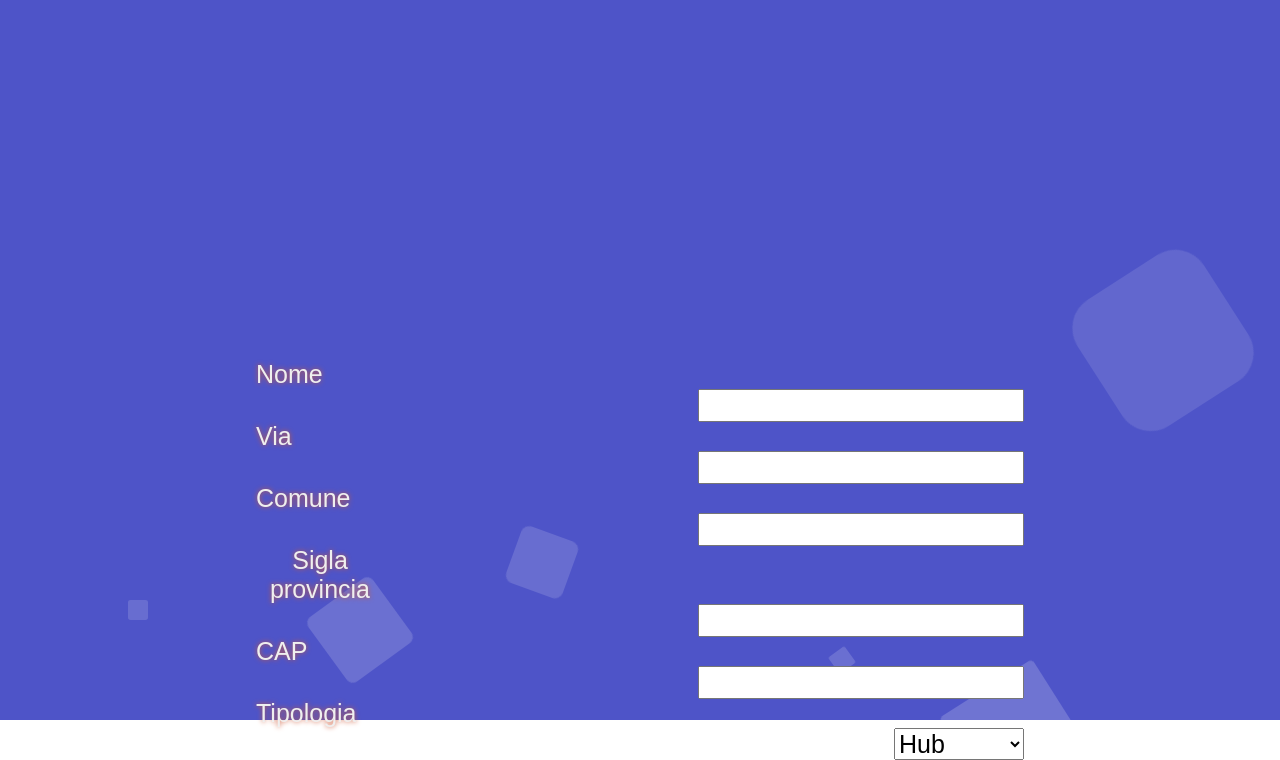
Repository: Jok98/CentriVaccinaliWebApp
Page: http://localhost/CentriVaccinaliOperatori/iscrizionecentrovax.jsp
These files come from the project's save history. The page is drawn as it stood at one moment and after the next save; the edit follows.
The browser window is 1280 px wide. The pictures show the whole page.
Some web fonts or font styles are not loaded; a fallback is used. The page is served by Tomcat 9.

Above is the page before, as saved 2022-09-24 16:02:51.

After the next save:
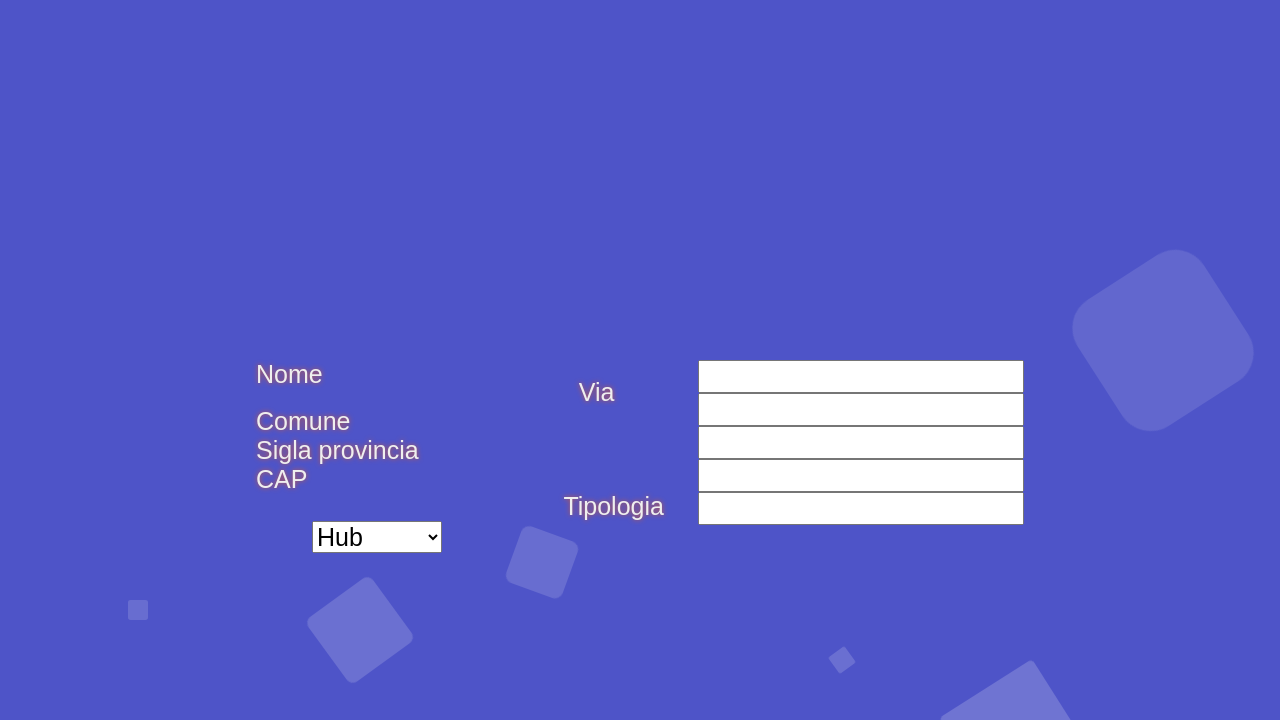
Saved 11 s later.
--- a/CentriVaccinaliOperatori/src/main/webapp/css/form.css
+++ b/CentriVaccinaliOperatori/src/main/webapp/css/form.css
@@ -32,7 +32,7 @@
 	font-size: 25px;
 	float: left;
 	margin-left: 20%;
-	margin-right: 70%;
+
 	text-shadow: 0px 0px 5px #CE5937;
 	color: #EFEFEF;
 }
@@ -41,5 +41,5 @@
 	font-size: 25px;
 	float: right;
 	margin-right: 20%;
-	margin-left: 70%;
+
 }
